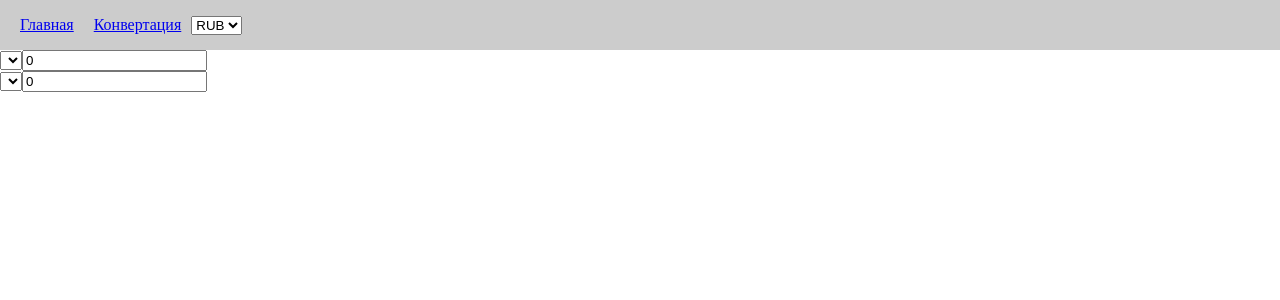
Repository: Friend689/vite-vue-currency-conversion
Page: /convert
An editor plug-in stored every save of this project. The page is shown before and after a run of saves, followed by the edit.
The browser window is 1280 px wide. The pictures show the whole page.
The page's requests for data from a server got no answer. The project was rebuilt for these pictures with package versions that can differ from the ones it lists, and the page was loaded fresh each time. No one was signed in, and anything a server would have sent is missing. Also part of the build but not shown: vite.config.js, src/views/Main.vue.

Above is the page before, as saved 2024-09-03 19:11:26.

### src/main.js
import { createApp } from 'vue'
import './style.css'
import App from './App.vue';
import router from './router';

createApp(App).use(router).mount('#app')

### src/App.vue
<script setup>
import { onMounted } from "vue";
import Header from "@/components/ui/Header.vue";

const getCurrency = () => {
  fetch("https://status.neuralgeneration.com/api/currency")
    .then(response => response.json())
    .then(data => arrCurrency.value = data);
}

onMounted(() => {
  getCurrency();
})
</script>

<template>
  <div>
    <Header />
    <main>
      <router-view />
    </main>
  </div>
</template>

<style scoped></style>

### src/router/index.js
import { createRouter, createWebHistory } from 'vue-router'

import Main from '@/views/Main.vue';
import Convert from '@/views/Convert.vue';


const routes = [
  { path: '/', component: Main },
  { path: '/convert', component: Convert },
]

export default createRouter({
  history: createWebHistory(),
  routes,
})

### src/components/ui/Header.vue
<script setup>
import { ref, onMounted } from "vue";

const currencies = ref(["USD", "EUR", "RUB"]);
const selectedCurrency = ref("RUB");

const emit = defineEmits(["change-currency"])

const changeCurrency = () => {
  emit("change-currency", selectedCurrency.value)
}

</script>

<template>
  <header>
    <router-link to="/">Главная</router-link>
    <router-link to="/convert">Конвертация</router-link>
    <select v-model="selectedCurrency" @change="changeCurrency">
        <option v-for="currency in currencies" :key="currency" :value="currency">{{ currency }}</option>
      </select>
  </header>
</template>

<style scoped>
header {
  height: 50px;
  background-color: #ccc;
  display: flex;
  align-items: center;
  padding: 0 10px;
}
header a {
  margin: 0 10px;
}
</style>

### src/views/Convert.vue
<script setup>
import { ref } from "vue";

const props = defineProps([
  "currencies",
  "rates"
]);

const fromCurrency = ref('RUB');
const toCurrency = ref('USD');
const fromValue = ref(0);
const toValue = ref(0);
const error = ref('');

const convert = () => {
  if (isNaN(fromValue.value) || isNaN(toValue.value)) {
    error.value = "Пожалуйста, введите числовое значение";
    return;
  }
  const fromRate = props.rates[fromCurrency];
  const toRate = props.rates[toCurrency];
  if (fromValue) {
    toValue.value = (fromValue.value / fromRate) * toRate;
  } else {
    fromValue.value = (toValue.value / toRate) * fromRate;
  }
  toValue.value = Number(toValue.value.toFixed(2));
  fromValue.value = Number(fromValue.value.toFixed(2));
  error.value = "";
}
</script>

<template>
  <div>
    <form>
      <div>
        <select v-model="fromCurrency">
          <option v-for="currency in currencies" :key="currency" :value="currency">{{ currency }}</option>
        </select>
        <input type="number" v-model="fromValue" @input="convert" />
      </div>
      <div>
        <select v-model="toCurrency">
          <option v-for="currency in currencies" :key="currency" :value="currency">{{ currency }}</option>
        </select>
        <input type="number" v-model="toValue" @input="convert" />
      </div>
    </form>
    <p v-if="error">{{ error }}</p>
  </div>
</template>

<style></style>

Loaded but not shown: index.html (common file); src/style.css (common file)

After the next 2 saves:
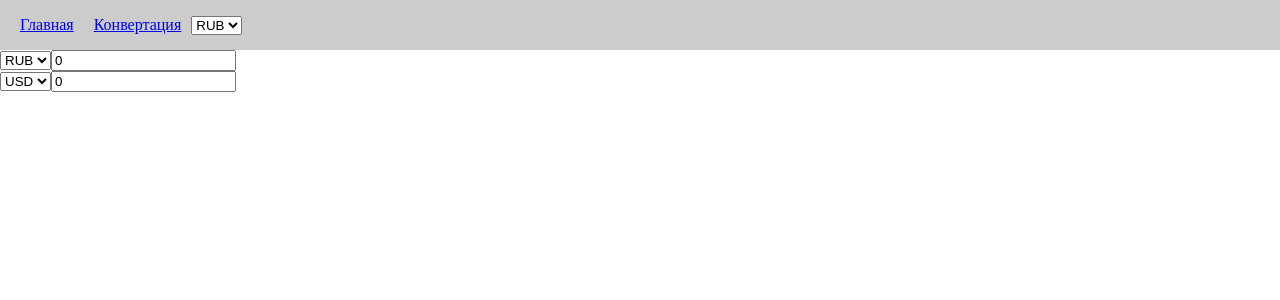
The 2 saves are shown as one change because 1 did not build or start.
The last was saved 116 s later.
--- a/src/App.vue
+++ b/src/App.vue
@@ -1,6 +1,10 @@
 <script setup>
-import { onMounted } from "vue";
+import { ref, onMounted } from "vue";
 import Header from "@/components/ui/Header.vue";
+
+const rates = ref({});
+const currencies = ref(['USD', 'EUR', 'RUB']);
+const selectedCurrency = ref('RUB');
 
 const getCurrency = () => {
   fetch("https://status.neuralgeneration.com/api/currency")
@@ -17,7 +21,7 @@ onMounted(() => {
   <div>
     <Header />
     <main>
-      <router-view />
+      <router-view :rates="rates" :currencies="currencies" />
     </main>
   </div>
 </template>
